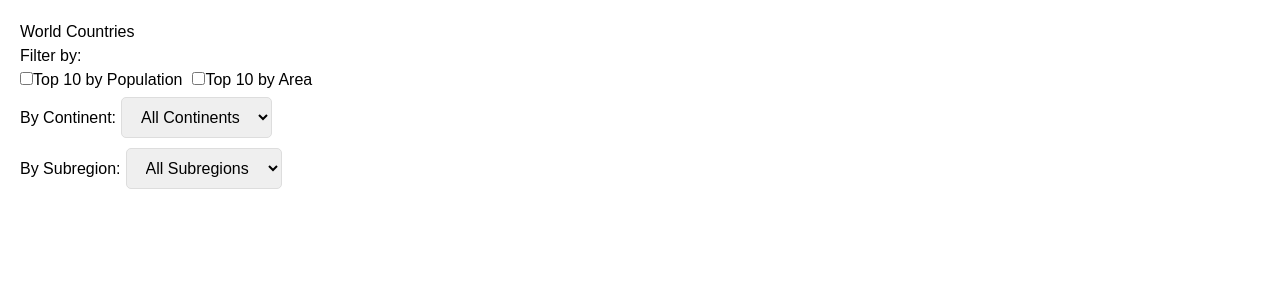
Repository: madelinestruthers/week10-lab
Page: /
These files come from the project's save history. The page is drawn as it stood at one moment and after the next save; the edit follows.
The browser window is 1280 px wide. The pictures show the whole page.
The page's requests for data from a server got no answer. The project was rebuilt for these pictures with package versions that can differ from the ones it lists, and the page was loaded fresh each time. The framework's server and built-in components were replaced by stand-ins that run in the browser. No one was signed in, and anything a server would have sent is missing. Also part of the build but not shown: next.config.mjs, src/app/components/Country.jsx.

Above is the page before, as saved 2024-11-18 11:05:15.

### src/app/page.jsx
"use client"
import { useState, useEffect } from 'react';
import Countries from './components/Countries';

const Home = () => {
  const [countries, setCountries] = useState([]);
  const [filteredCountries, setFilteredCountries] = useState([]);
  const [continentFilter, setContinentFilter] = useState('');
  const [subregionFilter, setSubregionFilter] = useState('');
  const [top10ByPopulation, setTop10ByPopulation] = useState(false);
  const [top10ByArea, setTop10ByArea] = useState(false);

  // Fetch countries data
  useEffect(() => {
    const fetchCountries = async () => {
      const response = await fetch('https://restcountries.com/v3.1/all');
      const data = await response.json();
      setCountries(data);
      setFilteredCountries(data);
    };
    fetchCountries();
  }, []);

  // Filter countries
  const filterCountries = () => {
    let filtered = countries;

    if (continentFilter) {
      filtered = filtered.filter((country) => country.continents.includes(continentFilter));
    }

    if (subregionFilter) {
      filtered = filtered.filter((country) => country.subregion === subregionFilter);
    }

    if (top10ByPopulation) {
      filtered = [...filtered].sort((a, b) => b.population - a.population).slice(0, 10);
    } else if (top10ByArea) {
      filtered = [...filtered].sort((a, b) => b.area - a.area).slice(0, 10);
    }

    return filtered;
  };

  useEffect(() => {
    setFilteredCountries(filterCountries());
  }, [continentFilter, subregionFilter, top10ByPopulation, top10ByArea, countries]);

  // Get all unique continents and subregions for the dropdowns
  const uniqueContinents = [...new Set(countries.flatMap((country) => country.continents || []))];
  const uniqueSubregions = [...new Set(countries.map((country) => country.subregion).filter(Boolean))];

  return (
    <div style={{ padding: '20px' }}>
      <h1>World Countries</h1>

      {/* Filter Section */}
      <div>
        <h3>Filter by:</h3>

        {/* Top 10 Filters */}
        <div>
          <label>
            <input
              type="checkbox"
              checked={top10ByPopulation}
              onChange={() => {
                setTop10ByPopulation(!top10ByPopulation);
                setTop10ByArea(false); // Disable other top 10 filter
              }}
            />
            Top 10 by Population
          </label>
          <label style={{ marginLeft: '10px' }}>
            <input
              type="checkbox"
              checked={top10ByArea}
              onChange={() => {
                setTop10ByArea(!top10ByArea);
                setTop10ByPopulation(false); // Disable other top 10 filter
              }}
            />
            Top 10 by Area
          </label>
        </div>

        {/* Continent Filter */}
        <div>
          <label>By Continent:</label>
          <select
            value={continentFilter}
            onChange={(e) => {
              setContinentFilter(e.target.value);
              setSubregionFilter(''); // Clear subregion filter
            }}
          >
            <option value="">All Continents</option>
            {uniqueContinents.map((continent) => (
              <option key={continent} value={continent}>
                {continent}
              </option>
            ))}
          </select>
        </div>

        {/* Subregion Filter */}
        <div>
          <label>By Subregion:</label>
          <select
            value={subregionFilter}
            onChange={(e) => {
              setSubregionFilter(e.target.value);
              setContinentFilter(''); // Clear continent filter
            }}
          >
            <option value="">All Subregions</option>
            {uniqueSubregions.map((subregion) => (
              <option key={subregion} value={subregion}>
                {subregion}
              </option>
            ))}
          </select>
        </div>
      </div>

      {/* Render Countries */}
      <Countries countries={filteredCountries} />
    </div>
  );
};

export default Home;

### src/app/globals.css
@tailwind base;
@tailwind components;
@tailwind utilities;

:root {
  --background: #b2b0e2;
  --foreground: #171717;
}

body {
  font-family: Arial, sans-serif;
  margin: 0;
  padding: 0;
  box-sizing: border-box;
}

.countries-container {
  display: flex;
  flex-wrap: wrap;
  gap: 20px; /* Spacing between rows and columns */
  justify-content: center; /* Align items to the left */
}

.country-card {
  border: 1px solid #ddd;
  border-radius: 8px;
  padding: 10px;
  width: 250px; /* Fixed width for each card */
  box-shadow: 0 2px 5px rgba(0, 0, 0, 0.1);
  transition: transform 0.2s ease-in-out;
}

.country-card:hover {
  transform: scale(1.05); /* Slight zoom effect on hover */
}

.country-card img {
  width: 100%; /* Ensures the flag takes up full card width */
  height: auto; /* Maintains the aspect ratio */
}

.country-card h2 {
  font-size: 1.2em;
  margin: 10px 0;
}

.country-card a {
  color: blue;
  text-decoration: underline;
}


button, select {
  margin: 5px;
  padding: 10px 15px;
  border: 1px solid #ddd;
  border-radius: 5px;
  cursor: pointer;
}

button:hover, select:hover {
  background-color: #f0f0f0;
}

a {
  color: blue;
  text-decoration: underline;
}

.filters-container {
  display: flex;
  flex-direction: row;
  justify-content: center; /* Centers filters horizontally */
  align-items: center; /* Centers filters vertically if needed */
  gap: 1rem; /* Adds spacing between filters */
  padding: 1rem; /* Optional padding for better spacing */
  background-color: #f8f8f8; /* Optional background color for visibility */
  border-bottom: 1px solid #ddd; /* Optional border for separation */
}

### src/app/components/Countries.jsx
import Country from './Country';

const Countries = ({ countries }) => {
  return (
    <div className="countries-container">
      {countries.map((country) => (
        <div className="country-card" key={country.cca3}>
          <Country country={country} />
        </div>
      ))}
    </div>
  );
};

export default Countries;

Loaded but not shown: src/app/layout.js (common file); tailwind.config.js (common file)

After the next save:
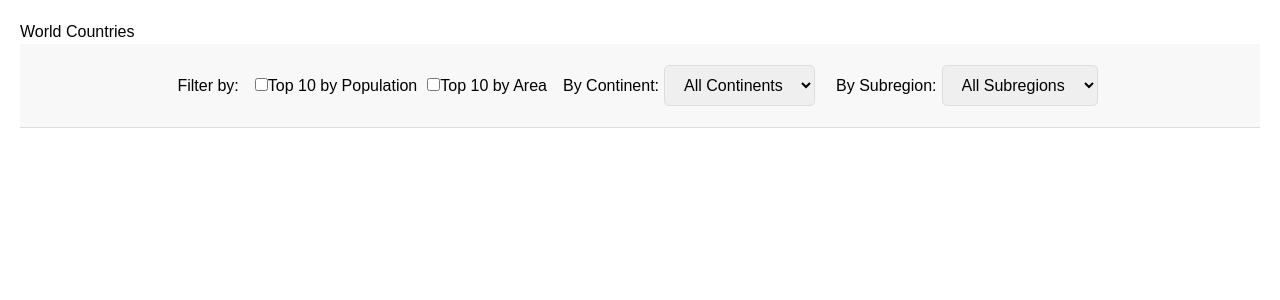
Saved 40 s later.
--- a/src/app/page.jsx
+++ b/src/app/page.jsx
@@ -55,7 +55,7 @@ const Home = () => {
       <h1>World Countries</h1>
 
       {/* Filter Section */}
-      <div>
+      <div className="filters-container">
         <h3>Filter by:</h3>
 
         {/* Top 10 Filters */}
